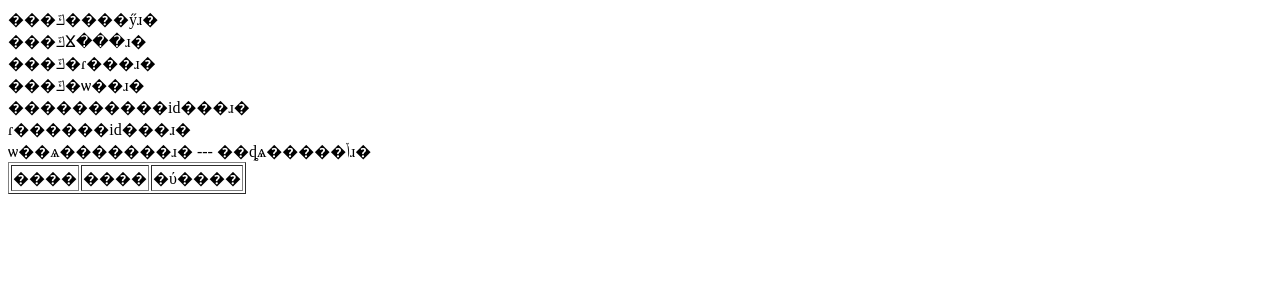
Repository: ZxxWs/P_M_learn
Page: http://localhost/
These files come from the project's save history. The page is drawn as it stood at one moment and after the next save; the edit follows.
The browser window is 1280 px wide. The pictures show the whole page.
The page is run by PHP 8.4 with error messages shown; the project is at /var/www/html/. Queries for data that is not in the repository find no rows.

Above is the page before, as saved 2019-03-13 10:00:04.

### Mysql_learn/index.php
<?php

//MySQL在PHP中的方法：mysqli_function(value,value1....)

//************************************************************
//连接MySQL：
$host='localhost:3306';                    //可选，主机名|IP
$username='root';          //可选，MySQL用户名
$password;          //可选，MySQL密码
$dbname;            //可选，默认数据库
$port;                  //端口号
$socket;            //规定socket
$conn=mysqli_connect($host,$username);
//mysqli_close($link);//关闭与于数据库的连接
if($conn)
    echo "数据库连接成功";
echo "<br />";

//************************************************************
//创建数据库
$create="create database phpcreat";
$createdatabase=mysqli_query($conn, $create);
if($createdatabase)
    echo "数据库创建成功";
else{
    die('连接失败: ' . mysqli_error($conn));
}
echo "<br />";

//删除数据库
$drop="drop database phpcreat";
$drop=mysqli_query($conn, $drop);
if($drop)
    echo "数据库删除成功";
else{
    die('连接失败: ' . mysqli_error($conn));
}
echo "<br />";


//************************************************************
//选择数据库
$dbname="test";
$select=mysqli_select_db($conn, $dbname);
if($select)
    echo "数据库选择成功";
    else{
        die('连接失败: ' . mysqli_error($conn));
    }
echo "<br />";


//************************************************************
//创建表
$table="create table phptable(id int)";
$createtable=mysqli_query($conn, $table);
if($createtable)
    echo "创建表：“id”成功";
else{
    die('连接失败: ' . mysqli_error($conn));
}
echo "<br />";

//删除表
$droptable="drop table phptable";
$droptablea=mysqli_query($conn, $droptable);
if($droptablea)
    echo "删除表“id”成功";
echo "<br/>";


//***********************
// 设置编码，防止中文乱码
mysqli_query($conn , "set names utf8");
//***********************
//向表中插入数据————>students:name,num,class
/*
$stuname="吴霜";
$stunum=1707004101;
$stuclass=17070144;
$sqldata="insert into students".
         "(name,num,class)".
         "values".
         "('$stuname','$stunum','$stuclass')";
$into=mysqli_query($conn, $sqldata);
if($into)
    echo "插入相关学生数据成功";
    echo "<br/>";
*/

//***********************************************************
//读取数据库
$readdata='select name,num,class from students';
$selecttable=mysqli_select_db($conn, 'test');//选择表
if($selecttable)
    echo "选择学生表单成功";
    echo "  ---  \0";
$readendl=mysqli_query($conn, $readdata);
if($readendl)
    echo "读取学生数据成功";
    echo "<br/>";
echo '<table border="1"><td>标题</td><td>作者</td><td>提交日期</td></tr>';
while($whilee=mysqli_fetch_array($readendl,MYSQLI_ASSOC)){



}

After the next save:
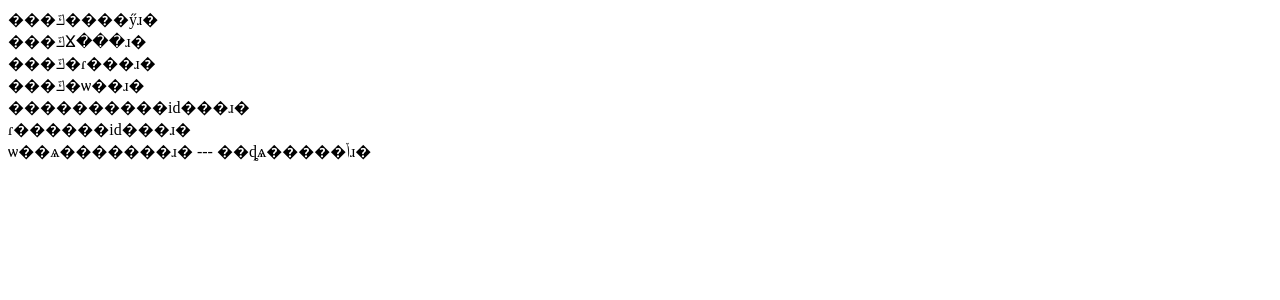
Saved 2 min 51 s later.
--- a/Mysql_learn/index.php
+++ b/Mysql_learn/index.php
@@ -99,9 +99,12 @@ $readendl=mysqli_query($conn, $readdata);
 if($readendl)
     echo "读取学生数据成功";
     echo "<br/>";
-echo '<table border="1"><td>标题</td><td>作者</td><td>提交日期</td></tr>';
+//echo '<table border="1"><td>标题</td><td>作者</td><td>提交日期</td></tr>';
 while($whilee=mysqli_fetch_array($readendl,MYSQLI_ASSOC)){
-
+    echo "<tr><td>{$whilee['name']}".
+        "<td>{$whilee['num']}".
+        "<td>{$whilee['class']}".
+        "<tr>";
 
 
 }
